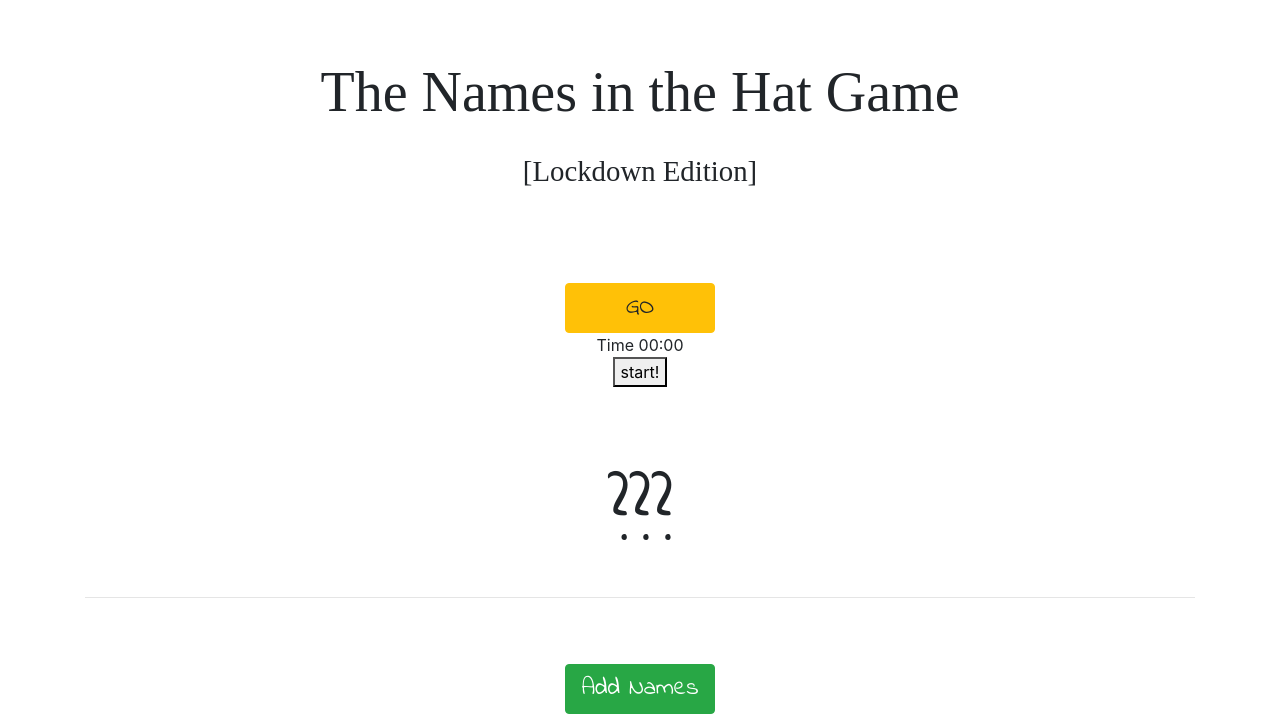
Repository: TaylorD1982/randomizer
Page: index.html
The author's editor kept a record of every edit. The page is drawn from the files as they stood at one moment, then again after the next edit.
The browser window is 1280 px wide. The pictures show the whole page.
Some web fonts or font styles are not loaded; a fallback is used. Some web libraries are served in a nearby version.

Above is the page before.
Console error: TypeError: Cannot read properties of null (reading 'addEventListener')

### index.html
<!DOCTYPE html>
<html lang="en">

<head>
    <meta charset="UTF-8">
    <meta name="viewport" content="width=device-width, initial-scale=1.0">
    <meta http-equiv="X-UA-Compatible" content="ie=edge">
    <title>The Names in the Hat Game</title>
    <link rel="icon" href="images/markk.png">
    <link href="https://fonts.googleapis.com/css2?family=Indie+Flower&display=swap" rel="stylesheet">
    <link href="https://fonts.googleapis.com/css2?family=Frijole&display=swap" rel="stylesheet">
    <link rel="stylesheet" href="https://maxcdn.bootstrapcdn.com/bootstrap/4.0.0/css/bootstrap.min.css" integrity="sha384-Gn5384xqQ1aoWXA+058RXPxPg6fy4IWvTNh0E263XmFcJlSAwiGgFAW/dAiS6JXm" crossorigin="anonymous">
    <link rel="stylesheet" href="style.css">
</head>

<body>
    <div class="container">
        <div class="row app">
            <div class="col">
                <div>
                    <P class="title">The Names in the Hat Game</P>
                    <P class="lock">[Lockdown Edition]</P>
                </div>
                <br>
                <button id="Button" type="button" class="btn btn-warning">
                      GO
                </button>
                <br>
                <div>Time <span class="timer-view">00:00</span></div>
                <button class="start">start!</button>
                <br>
                <br>
                <div id="Answer" class="result">
                    ???
                </div>
                <hr>
                <a href="submit.html" class="btn btn-success">
                      Add Names
                </a>
            </div>
        </div>
    </div>
</body>
<script>
    // myArray initial content, as a global variable :
    var myArray = [
        'Al Hutchison',
        'Craig Bingham',
        'David Taylor',
        'Juliet',
        'Will',
        'Laura',
        'Lindsey',
        'Tom Hanks',
        'Struan',
        'Jim Jeffries',
        'Max',
        'Kathryn',
        'The Rock',
        'Jesus',
        'James Bond',
        'Sean Duffy',
        'Michael Jordan',
        'Bilbo Baggins',
    ];

    // the event handler, randomly emptying myArray one at a time :
    document.getElementById("Button").onclick = function() {
        // check for an empty array :
        if (myArray.length > 0) {
            var optionsE = Math.floor(Math.random() * myArray.length);
            var removedE = myArray.splice(optionsE, 1);
            document.getElementById("Answer").innerHTML = removedE[0];
        }
        else {
            alert("GAME OVER!");
        }
    }
</script>

<script>
    const timeView = document.querySelector('.timer-view');
    const start = document.querySelector('.start');
    const moreTime = document.querySelector('.add');
    const reset = document.querySelector('.reset');

    start.addEventListener('click', function() {
        Countdown(60);
    });

    moreTime.addEventListener('click', function() {
        AddTime(5);
    });

    reset.addEventListener('click', function() {
        timeView.textContent = '00:00';
        clearTimeout(stopTime);
    });


    function Countdown(seconds) {
        this.sec = seconds;
        this.mins = seconds > 60 ? seconds / 60 : 0;

        tick();

        function tick() {
            if (this.sec > 60) {
                this.current_minutes = mins - 1;
            }
            this.sec--;
            timeView.textContent = (!this.mins ? '00' : this.current_minutes.toString()) + ':' + (this.sec < 10 ? '0' : '') + String(this.sec);
            if (this.sec > 0) {
                stopTime = setTimeout(tick, 1000);
            }
            else {
                if (this.mins > 1) {
                    countdown(this.mins - 1);
                }
            }
        }
    }

    function AddTime(seconds) {
        clearTimeout(stopTime);
        Countdown.call(this.sec, seconds);
        sec = this.sec + seconds;
    }
</script>

<script src="https://code.jquery.com/jquery-3.2.1.slim.min.js" integrity="sha384-KJ3o2DKtIkvYIK3UENzmM7KCkRr/rE9/Qpg6aAZGJwFDMVNA/GpGFF93hXpG5KkN" crossorigin="anonymous"></script>
<script src="https://cdnjs.cloudflare.com/ajax/libs/popper.js/1.12.9/umd/popper.min.js" integrity="sha384-ApNbgh9B+Y1QKtv3Rn7W3mgPxhU9K/ScQsAP7hUibX39j7fakFPskvXusvfa0b4Q" crossorigin="anonymous"></script>
<script src="https://maxcdn.bootstrapcdn.com/bootstrap/4.0.0/js/bootstrap.min.js" integrity="sha384-JZR6Spejh4U02d8jOt6vLEHfe/JQGiRRSQQxSfFWpi1MquVdAyjUar5+76PVCmYl" crossorigin="anonymous"></script>

</html>

### style.css
.app {
    padding-top: 50px;
    text-align: center;
}

.app2 {
    padding-top: 50px;
    text-align: center;
    padding-left: 100px;
    padding-right: 100px;
}

.result {
    padding-top: 50px;
    font-family: 'Indie Flower', cursive;
    font-size: 5em;
}

.btn {
    width: 150px;
    font-family: 'Indie Flower', cursive;
    font-size: 1.5em;
    margin-top: 50px;
}

.title {
    font-family: 'Frijole', cursive;
    font-size: 3.5em;
}

@media only screen and (max-width: 600px) {
.title {
    font-size: 2em;
}}

@media only screen and (max-width: 600px) {
.result {
    font-size: 3em;
}}

.lock {
    font-family: 'Frijole', cursive;
    font-size: 1.8em;
}

@media only screen and (max-width: 600px) {
.lock {
    font-family: 'Frijole', cursive;
    font-size: 1.2em;
}}

.app3 {
    padding-top: 50px;
    text-align: center;
    padding-left: 100px;
    padding-right: 100px;
}

@media only screen and (max-width: 600px) {
.app3 {
    padding-top: 50px;
    text-align: center;
    padding-left: 10px;
    padding-right: 10px;
}}

.clock {
    font-family: 'Bungee Shade', cursive;
    font-size: 2.5em;
    color: #800000;
}

After the next edit:
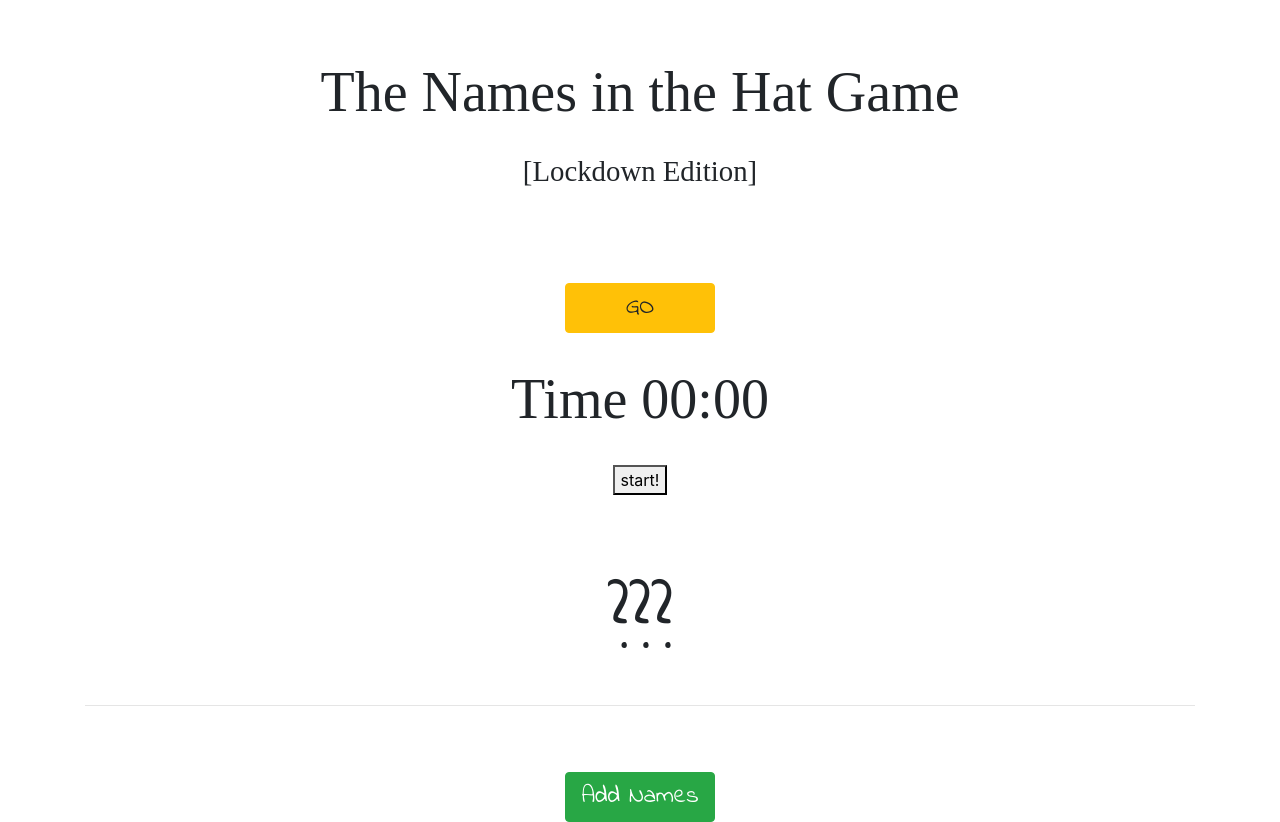
The edit:
--- a/index.html
+++ b/index.html
@@ -26,7 +26,9 @@
                       GO
                 </button>
                 <br>
-                <div>Time <span class="timer-view">00:00</span></div>
+                <br>
+                <div class="title">Time <span class="timer-view">00:00</span></div>
+                <br>
                 <button class="start">start!</button>
                 <br>
                 <br>
